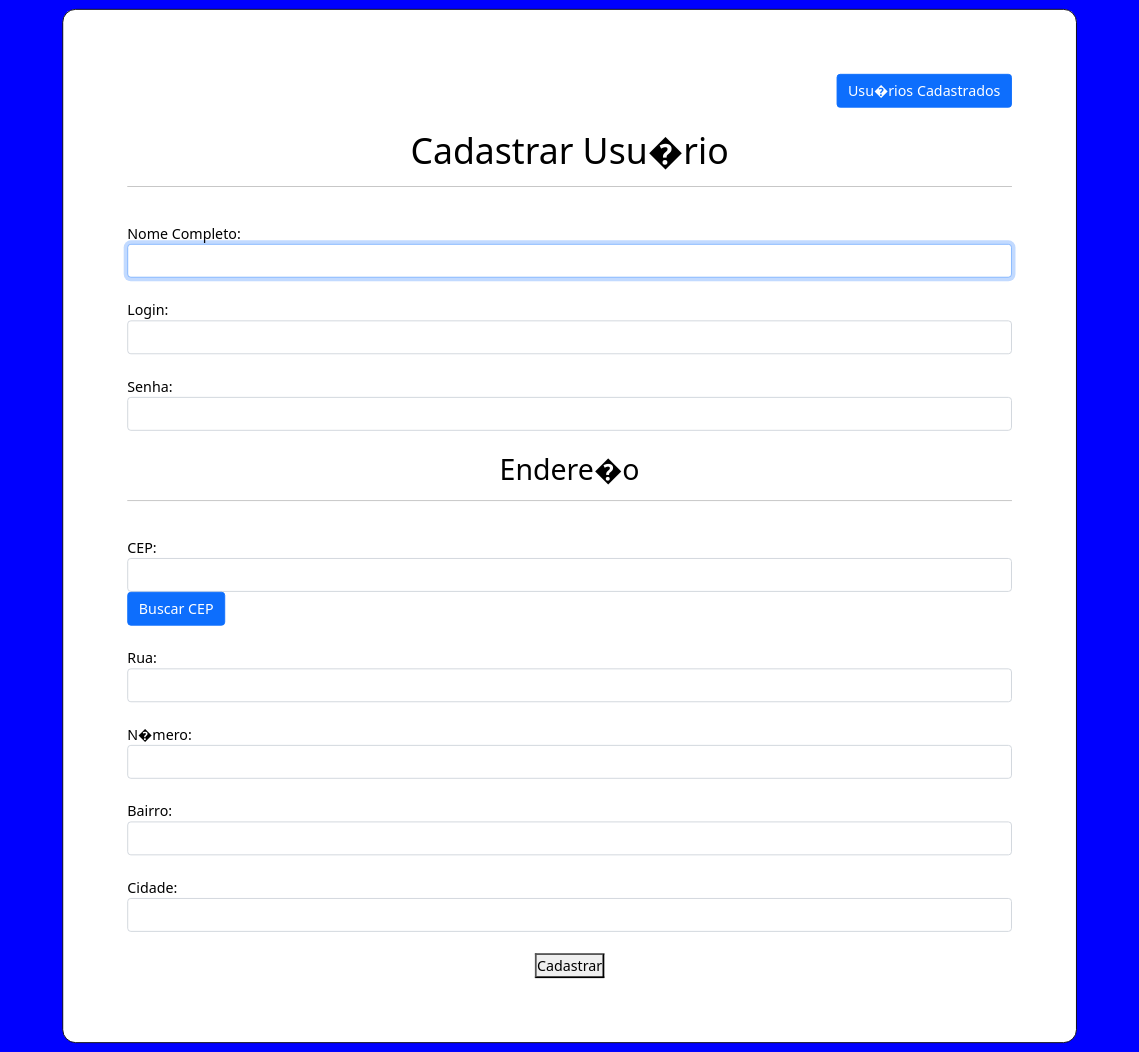
Repository: Magicianred/spring-mvc
Page: http://localhost/index
These files come from the project's save history. The page is drawn as it stood at one moment and after the next save; the edit follows.
The browser window is 1280 px wide. The pictures show the whole page, at 89% of full size.
The page is this project's Thymeleaf template; nobody is signed in. The template is opened directly, without the code that normally fills it, so the values that code supplies are empty.

Above is the page before, as saved 2021-01-13 02:01:28.

### springmvc/src/main/resources/templates/index.html
<!DOCTYPE html>
<html xmlns="http://www.w3.org/1999/xhtml"
xmlns:th="http://www.thymeleaf.org"
xmlns:layout="http://www.ultraq.net.nz/thymeleaf/layout">

<head>
	<link th:href="@{/css/bootstrap.min.css}" rel="stylesheet"/>
	<link th:href="@{/css/estilo.css}" rel="stylesheet"/>
	<meta charset="ISO-8859-1">
	<title>CRUD MVC</title>
</head>
<body>
	<div id="formulario">
		<div align="right">
			<a th:href="@{/usuarios}"><button class="btn btn-primary" id="botao">Usuários Cadastrados</button></a>
		</div>
		<br />

		<h1 align="center">Cadastrar Usuário</h1>
		<hr><br/>

		<div class="form-group">
			<label>Nome Completo:</label> <br />
			<input class="form-control" type="text" name="nome" id="nome" autofocus />
		</div>
		<br />

		<div class="form-group">
			<label>Login:</label> <br />
			<input class="form-control" type="email" name="email" id="email" />
		</div>
		<br />

		<div class="form-group">
			<label>Senha:</label> <br />
			<input class="form-control" type="password" name="senha" id="senha" />
		</div>
		<br />

		<h2 align="center">Endereço</h2>
		<hr><br/>
		<div class="form-group">
			<label>CEP:</label> <br />
			<input class="form-control" type="text" name="cep" id="cep" />
			<button class="btn btn-primary" onclick="buscar()">Buscar CEP</button>
		</div>
		<br />

		<div class="form-group">
			<label>Rua:</label> <br />
			<input class="form-control" type="text" name="rua" id="rua" />
		</div>
		<br />

		<div class="form-group">
			<label>Número:</label> <br />
			<input class="form-control" type="text" name="numero" id="numero" />
		</div>
		<br />

		<div class="form-group">
			<label>Bairro:</label> <br />
			<input class="form-control" type="text" name="bairro" id="bairro" />
		</div>
		<br />

		<div class="form-group">
			<label>Cidade:</label> <br />
			<input class="form-control" type="text" name="cidade" id="cidade" />
		</div>
		<br />

		<div align="center">
			<button onclick="cadastrar()" id="botao">Cadastrar</button>
		</div>

	</div>
</body>
</html>

### springmvc/src/main/resources/static/css/estilo.css
* {
	margin: 0;
	padding: 0;
}

body{
	background-color: blue;
	color: black;
	padding: 10px 70px 10px 70px;
}

#formulario{
	background-color: white;
	padding: 10vh;
	border-radius: 15px;
	border: 1px solid black;
}

thead{
	background-color: blue;
	color: white;
}

Loaded but not shown: springmvc/src/main/resources/static/css/bootstrap.min.css (library)

After the next save:
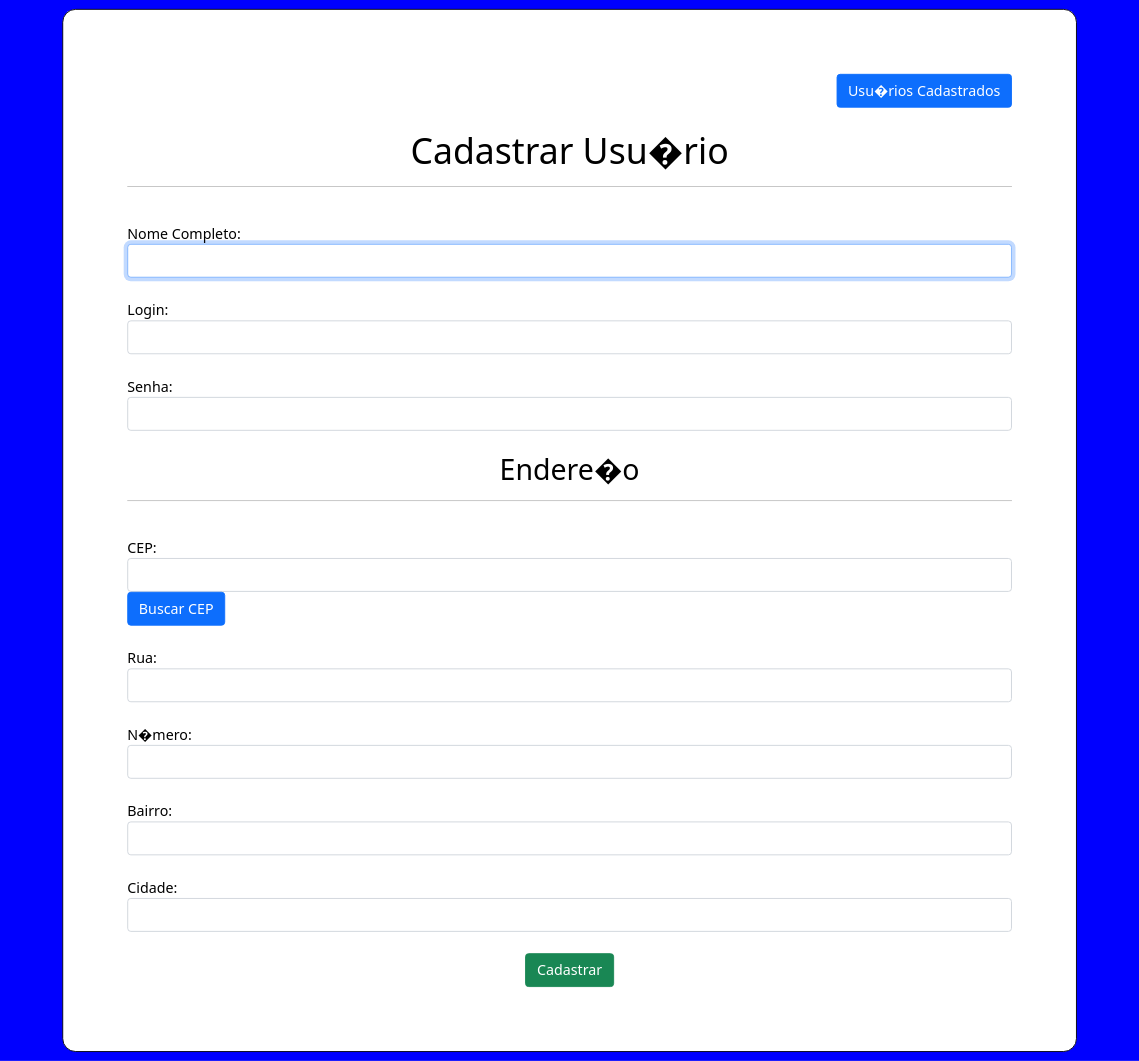
Saved 17 s later.
--- a/springmvc/src/main/resources/templates/index.html
+++ b/springmvc/src/main/resources/templates/index.html
@@ -71,7 +71,7 @@ xmlns:layout="http://www.ultraq.net.nz/thymeleaf/layout">
 		<br />
 
 		<div align="center">
-			<button onclick="cadastrar()" id="botao">Cadastrar</button>
+			<button class="btn btn-success" onclick="cadastrar()" id="botao">Cadastrar</button>
 		</div>
 
 	</div>
